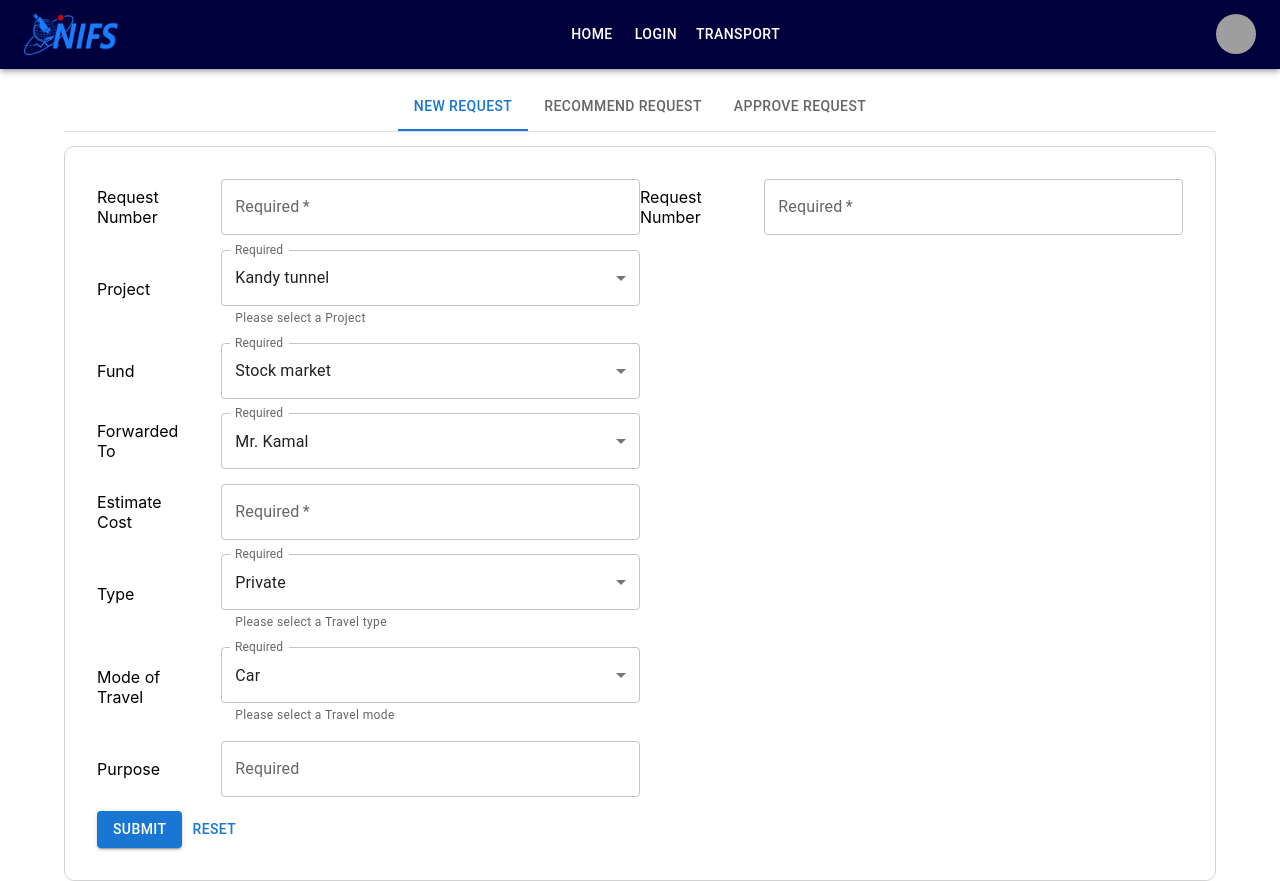
Repository: Ravindu97/NIFS_WebApplication
Page: /transport (app in client/)
These files come from the project's save history. The page is drawn as it stood at one moment and after the next save; the edit follows.
The browser window is 1280 px wide. The pictures show the whole page.
Pictures or frames that could not be fetched are drawn as grey boxes. The project was rebuilt for these pictures with package versions that can differ from the ones it lists, and the page was loaded fresh each time. Also part of the build but not shown: client/src/pages/Home.js, client/src/pages/Login.js, client/src/components/Transport/RecommendedRequest.js, client/src/components/Transport/ApproveRequest.js.

Above is the page before, as saved 2022-07-01 00:31:04.

After the next save:
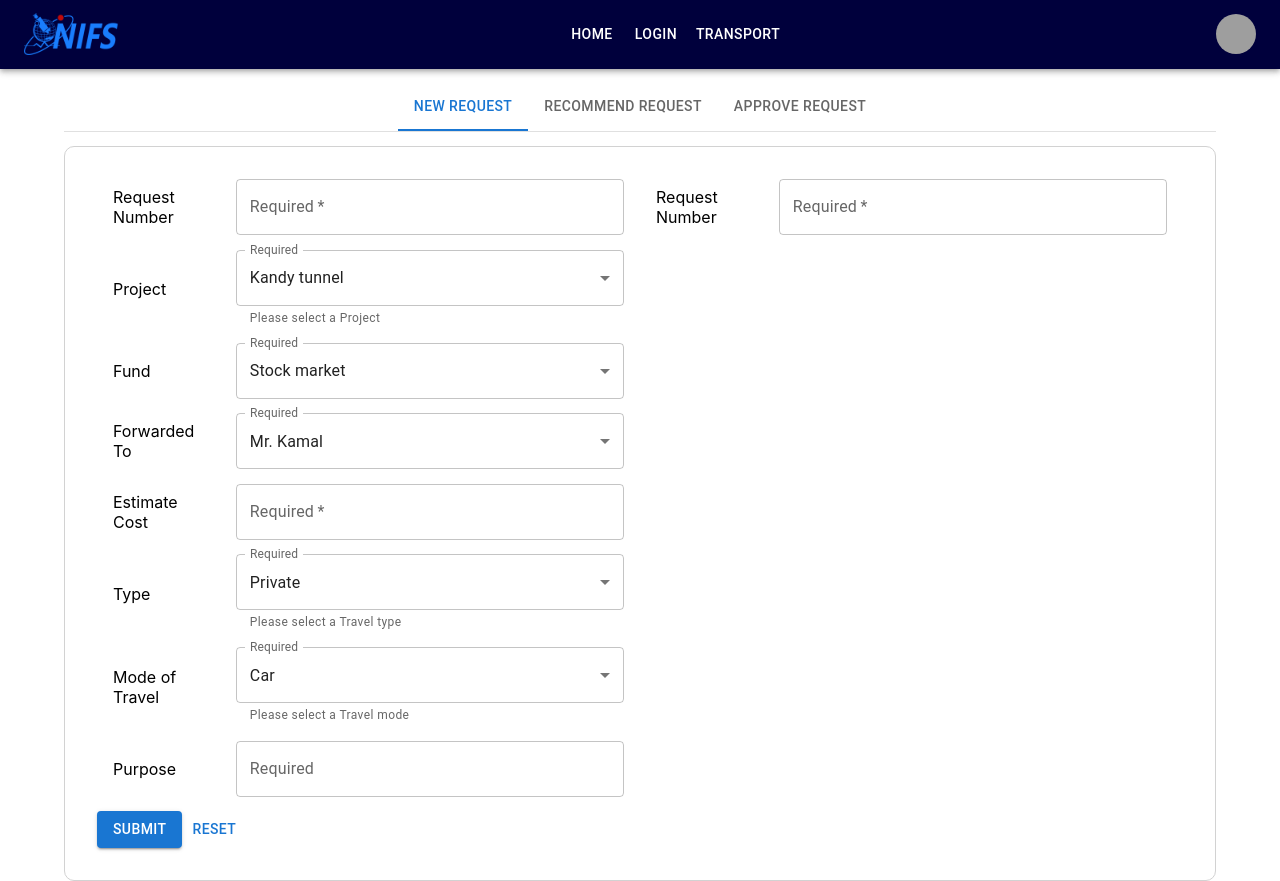
Saved 35 s later.
--- a/client/src/index.css
+++ b/client/src/index.css
@@ -59,6 +59,8 @@ body {
 
 .form-left,.form-right{
   width: 50%;
+  margin-left: 1em;
+  margin-right: 1em;
 }
 
 /* -----------------css for form ends here */
